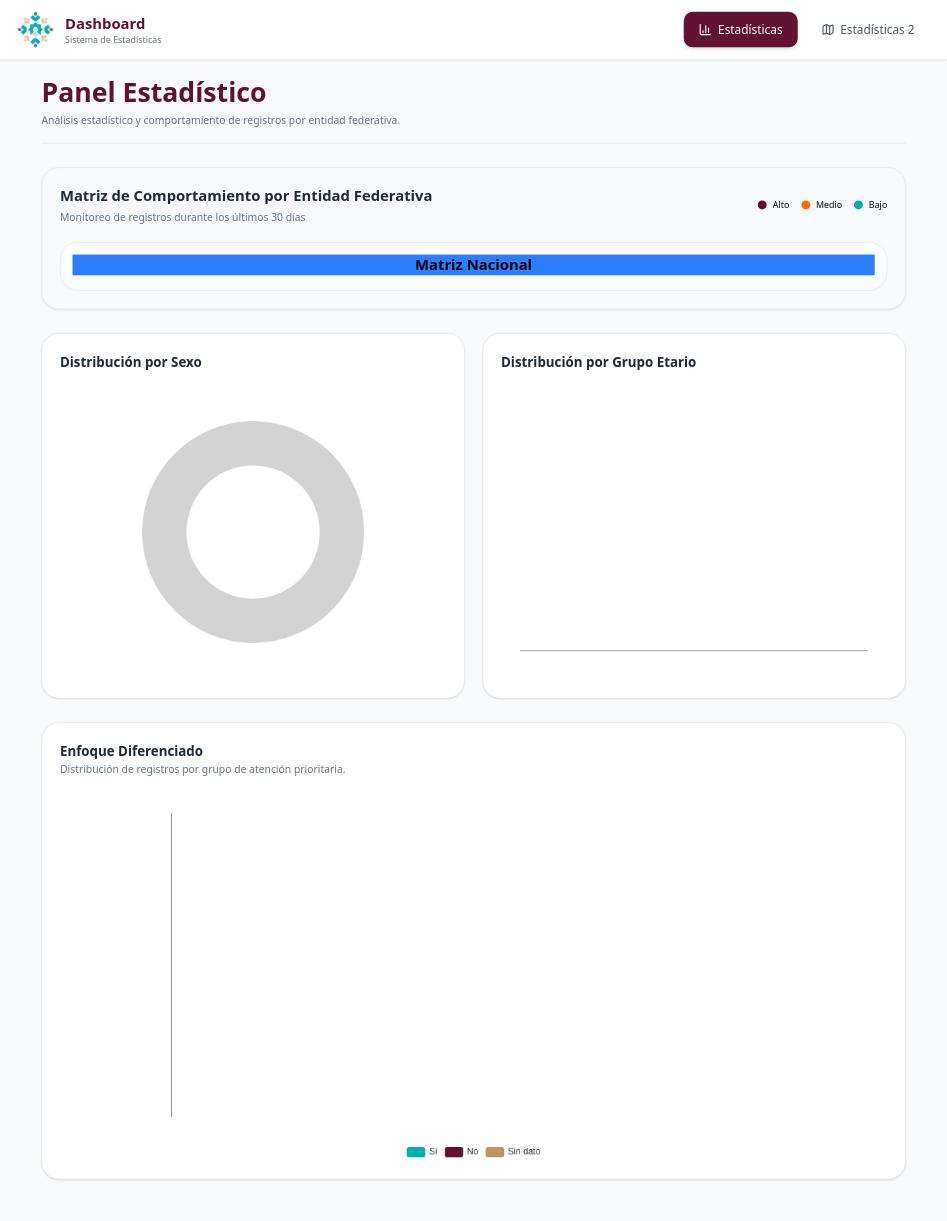
Repository: jesus890/semaforo-cinepolis
Page: /estadisticas
The author's editor kept a copy of each file at every save. The page is drawn from the files as they stood at one save, then again after the next save.
The browser window is 1280 px wide. The pictures show the whole page, at 74% of full size.
The page's requests for data from a server got no answer. The project was rebuilt for these pictures with package versions that can differ from the ones it lists, and the page was loaded fresh each time. No one was signed in, and anything a server would have sent is missing. Also part of the build but not shown: vite.config.ts, src/pages/EstadisticasDosPage.tsx.

Above is the page before, as saved 2026-06-04 13:43:31.

### index.html
<!doctype html>
<html lang="en">
  <head>
    <meta charset="UTF-8" />
    <link rel="icon" type="image/svg+xml" href="/favicon.svg" />
    <meta name="viewport" content="width=device-width, initial-scale=1.0" />
    <title>Estadistica Alertamiento | RNPNDO</title>
  </head>
  <body>
    <div id="root"></div>
    <script type="module" src="/src/main.tsx"></script>
  </body>
</html>

### src/App.tsx
import AppRouter from "./router/AppRouter";

function App() {
    return <AppRouter />;
}

export default App;

### src/router/AppRouter.tsx
import {BrowserRouter,Routes,Route,Navigate,} from "react-router-dom";

import DashboardLayout from "../layouts/DashboardLayout";
import EstadisticasPage from "../pages/EstadisticaPage";
import EstadisticasDosPage from "../pages/EstadisticasDosPage";



export default function AppRouter() {

    return (
        <BrowserRouter>
            <Routes>
                <Route path="/" element={<DashboardLayout/>}>
                    <Route index element={<Navigate to="/estadisticas"/>}/>
                    <Route path="estadisticas" element={<EstadisticasPage />}/>
                    <Route path="estadisticas-2" element={<EstadisticasDosPage />}/>
                </Route>
            </Routes>
        </BrowserRouter>
    );
}

### src/layouts/DashboardLayout.tsx
import { Outlet } from "react-router-dom";

import Header from "../components/Dashboard/navigation/Header";

export default function DashboardLayout() {

    return (
        <div className="min-h-screen bg-slate-50">
            <Header />
            <main className="p-6">
                <Outlet />
            </main>
        </div>

    );
}

### src/components/Dashboard/navigation/Header.tsx
import { NavLink } from "react-router-dom";

import { BarChart3, Map, } from "lucide-react";
import logoSystem from "../../../assets/CNB.png";

export default function Header() {

    const menu = [
        {
            label: "Estadísticas",
            icon: BarChart3,
            path: "/estadisticas",
        },
        {
            label: "Estadísticas 2",
            icon: Map,
            path: "/estadisticas-2",
        },
    ];

    return (

        <header className="sticky top-0 z-50 bg-white border-b border-gray-200 shadow-sm">

            <div className="h-20 px-6 flex items-center justify-between max-w-[1800px] mx-auto">

                {/* Logo */}
                <div className="flex items-center gap-4">

                    <img src={logoSystem} alt="Logo" className="h-12 w-auto object-contain" />

                    <div>

                        <h1 className="text-xl font-bold text-[#611232]">
                            Dashboard
                        </h1>

                        <p className="text-xs text-gray-500">
                            Sistema de Estadísticas
                        </p>

                    </div>

                </div>

                {/* Menú */}
                <nav className="flex items-center gap-3">

                    {menu.map((item) => {

                        const Icon = item.icon;

                        return (

                            <NavLink
                                key={item.path}
                                to={item.path}
                                className={({
                                    isActive,
                                }) =>
                                    `
                                    flex
                                    items-center
                                    gap-2
                                    px-5
                                    py-3
                                    rounded-xl
                                    font-medium
                                    transition-all

                                    ${isActive
                                        ? "bg-[#611232] text-white shadow-md"
                                        : "text-gray-600 hover:bg-gray-100"
                                    }
                                `
                                }
                            >

                                <Icon
                                    size={18}
                                />

                                {item.label}

                            </NavLink>
                        );
                    })}

                </nav>

            </div>

        </header>
    );
}

### src/components/Dashboard/heatmap/HeatmapTable.tsx
import { useMemo } from "react";

import type { HeatmapRow } from "../../../types/dashboard.types";

interface Props {
    rows: HeatmapRow[];
    level: "estado" | "municipio";
    onRowClick?: (estadoId: number) => void;
    onCellClick?: (
        data: {
            estadoId: number;
            municipioId: number;
            fecha: string;
        }
    ) => void;
}

export default function HeatmapTable({ rows, level, onRowClick, onCellClick, }: Props) {

    const dates = useMemo(() => {
        if (!rows.length) return [];

        return rows[0].values.map(
            value => value.day
        );
    }, [rows]);

    const getColor = (estatus: string) => {
        switch (estatus?.toLowerCase()) {
            case "rojo":
                return "bg-[#611232]";
            case "naranja":
                return "bg-orange-500";
            case "verde":
                return "bg-[#00AFAA]";
            default:
                return "bg-slate-200";
        }
    };

    return (
        <div className="overflow-auto rounded-3xl border border-slate-200 bg-gradient-to-b from-white to-slate-50 p-4">

            {
                level == "estado" ? (
                    <div className="text-center text-xl font-semibold">
                        <div className="bg-blue-500">
                            <p >Matriz Nacional</p>
                        </div>
                    </div>
                ) : (
                    <p></p>
                )
            }

            <table className="border-separate min-w-max">

                <thead>
                    <tr>
                        <th className="sticky left-0 z-20 min-w-[240px]"></th>

                        {dates.map(date => (

                            <th
                                key={date}
                                className="h-28 min-w-[42px] align-bottom"
                            >

                                <div className="-rotate-45 origin-bottom-left whitespace-nowrap text-[10px] font-medium text-slate-500">
                                    {date}
                                </div>

                            </th>

                        ))}

                    </tr>

                </thead>

                <tbody className="divide-y divide-slate-100">

                    {rows.map(row => (

                        <tr key={row.id} className="border-b border-slate-100">

                            <td className="sticky left-0 z-10 bg-white pr-4">

                                <button
                                    onClick={() => onRowClick?.(row.estadoId)}
                                    className="group flex tems-center gap-3 text-left transition-all cursor-pointer"
                                >
                                    <div className="h-2.5 w-2.5 rounded-full bg-[#000]" />
                                    <span className="text-sm font-semibold text-slate-700 group-hover:text-[#611232]">
                                        {row.name}
                                    </span>

                                </button>

                            </td>

                            {row.values.map(
                                value => (

                                    <td
                                        key={value.day}
                                    >

                                        <button
                                            onClick={() =>
                                                onCellClick?.({ estadoId: value.estadoId, municipioId: value.municipioId, fecha: value.day })
                                            }
                                            title={`${value.total} registros`}
                                            className={`
                                                flex
                                                h-8
                                                w-8
                                                items-center
                                                justify-center
                                                rounded-xl
                                                text-[11px]
                                                font-semibold
                                                text-white
                                                transition-all
                                                duration-200
                                                hover:scale-110
                                                hover:shadow-xl
                                                hover:ring-2
                                                hover:ring-offset-2
                                                hover:ring-[#611232]
                                                cursor-pointer
                                                ${getColor(value.estatus)}
                                            `}
                                        >
                                            {value.total > 0
                                                ? value.total
                                                : ""}
                                        </button>

                                    </td>

                                )
                            )}

                        </tr>

                    ))}

                </tbody>

            </table>

        </div>
    )

}

### src/components/Dashboard/charts/SexoChart.tsx
import ReactECharts from "echarts-for-react";
import { Colors } from "../../../constants/colors";

interface SexoItem {
    categoria: string;
    total: number;
}

interface Props {
    sexo?: SexoItem[];
}

export default function SexoChart({ sexo = [] }: Props) {

    const getColor = (categoria: string) => {

        switch (categoria.toUpperCase()) {

            case "HOMBRE":
                return Colors.rojito;

            case "MUJER":
                return Colors.verdecito;

            default:
                return Colors.oro;
        }
    };

    const data = sexo.map(item => ({
        value: item.total,
        name:
            item.categoria.charAt(0) +
            item.categoria.slice(1).toLowerCase(),

        itemStyle: {
            color: getColor(item.categoria),
        },
    }));

    const option = {
        tooltip: {
            trigger: "item",
        },

        legend: {
            bottom: 0,
        },

        series: [
            {
                type: "pie",
                radius: ["45%", "75%"],

                label: {
                    formatter: "{b}\n{c}",
                },

                data,
            },
        ],
    };

    return (
        <ReactECharts
            option={option}
            style={{
                height: "400px",
            }}
        />
    );
}

### src/services/dashboard.service.ts
import { apiRequest } from "../lib/api";
import { axiosInstance } from "../lib/axios";

export const GetEntidadesByAlertaTable = () =>
    apiRequest<any>(
        axiosInstance.get(`/api/Alertas`)
    );

export const GetEntidadesByAlertaTableEstado = (idEstado: any) =>
    apiRequest<any>(
        axiosInstance.get(`/api/Alertas/alertas-entidad`, {
            params: {
                idEstado,
            },
        })
    );

export const GetTotalesIncremento = (estado_id: any, municipio_id: any) =>
    apiRequest<any>(
        axiosInstance.get(`/api/Alertas/incremento-desaparecidos`)
    );

### src/components/Dashboard/charts/EdadChart.tsx
import ReactECharts from "echarts-for-react";
import { Colors } from "../../../constants/colors";

interface GrupoEtarioItem {
  categoria: string;
  total: number;
}

interface Props {
  grupoEtario?: GrupoEtarioItem[];
}

export default function EdadChart({
  grupoEtario = [],
}: Props) {

  const getColor = (
    categoria: string
  ) => {

    switch (
    categoria.toUpperCase()
    ) {

      case "MENOR DE EDAD":
        return Colors.verdecito;

      case "MAYOR DE EDAD":
        return Colors.rojito;

      case "ADULTO MAYOR":
        return Colors.oro;

      default:
        return "#4F46E5";
    }
  };

  const categories =
    grupoEtario.map(
      item => item.categoria
    );

  const data =
    grupoEtario.map(
      item => ({
        value: item.total,

        itemStyle: {
          color: getColor(
            item.categoria
          ),
        },
      })
    );

  const option = {
    tooltip: {
      trigger: "axis",
    },

    grid: {
      left: "5%",
      right: "5%",
      bottom: "10%",
      containLabel: true,
    },

    xAxis: {
      type: "category",

      data: categories,

      axisLabel: {
        interval: 0,
        rotate: 0,
      },
    },

    yAxis: {
      type: "value",
    },

    series: [
      {
        type: "bar",

        barWidth: 70,

        borderRadius: [
          8,
          8,
          0,
          0,
        ],

        data,
      },
    ],
  };

  return (
    <ReactECharts
      option={option}
      style={{
        height: "400px",
      }}
    />
  );
}

### src/components/Dashboard/charts/EnfoqueChart.tsx
import ReactECharts from "echarts-for-react";
import { Colors } from "../../../constants/colors";

interface EnfoqueDetalle {
  categoria: string;
  total: number;
}

interface EnfoqueItem {
  grupo: string;
  detalle: EnfoqueDetalle[];
}

interface Props {
  enfoqueDiferenciado?: EnfoqueItem[];
}

export default function EnfoqueChart({
  enfoqueDiferenciado = [],
}: Props) {

  const normalize = (
    value: string
  ) => {

    const v =
      value
        ?.trim()
        .toUpperCase();

    if (v === "SI")
      return "SI";

    if (v === "NO")
      return "NO";

    return "SIN DATO";
  };

  const groups =
    enfoqueDiferenciado.map(
      item => {

        switch (
        item.grupo
        ) {

          case "TIENEDISCAPACIDAD":
            return "Discapacidad";

          case "HABLAESPANIOL":
            return "Habla Español";

          case "LENGUA":
            return "Lengua";

          case "ESMIGRANTE":
            return "Migrante";

          default:
            return item.grupo;
        }
      }
    );

  const siData =
    enfoqueDiferenciado.map(
      grupo =>
        grupo.detalle
          .filter(
            x =>
              normalize(
                x.categoria
              ) === "SI"
          )
          .reduce(
            (
              acc,
              item
            ) =>
              acc +
              item.total,
            0
          )
    );

  const noData =
    enfoqueDiferenciado.map(
      grupo =>
        grupo.detalle
          .filter(
            x =>
              normalize(
                x.categoria
              ) === "NO"
          )
          .reduce(
            (
              acc,
              item
            ) =>
              acc +
              item.total,
            0
          )
    );

  const sinDatoData =
    enfoqueDiferenciado.map(
      grupo =>
        grupo.detalle
          .filter(
            x =>
              normalize(
                x.categoria
              ) ===
              "SIN DATO"
          )
          .reduce(
            (
              acc,
              item
            ) =>
              acc +
              item.total,
            0
          )
    );

  const option = {

    tooltip: {
      trigger: "axis",
      axisPointer: {
        type: "shadow",
      },
    },

    legend: {
      bottom: 0,
    },

    grid: {
      left: 150,
      right: 30,
      top: 30,
      bottom: 60,
    },

    xAxis: {
      type: "value",
    },

    yAxis: {
      type: "category",
      data: groups,
    },

    series: [
      {
        name: "Sí",
        type: "bar",
        stack: "total",

        label: {
          show: true,
        },

        itemStyle: {
          color:
            Colors.verdecito,
        },

        data: siData,
      },

      {
        name: "No",
        type: "bar",
        stack: "total",

        label: {
          show: true,
        },

        itemStyle: {
          color:
            Colors.rojito,
        },

        data: noData,
      },

      {
        name: "Sin dato",
        type: "bar",
        stack: "total",

        label: {
          show: true,
        },

        itemStyle: {
          color:
            Colors.oro,
        },

        data: sinDatoData,
      },
    ],
  };

  return (
    <ReactECharts
      option={option}
      style={{
        height: "500px",
      }}
    />
  );
}

### src/components/Dashboard/Loader/Loader.tsx
import imageCNB from "../../../assets/CNB.png";

interface LoaderProps {
    text?: string;
}

export default function LoaderStyled({text = "Cargando información..."}: LoaderProps) {
    return (
        <div
            className="w-full h-full min-h-[320px] flex flex-col justify-center items-center gap-6 px-6 py-10"
        >
            <div className="relative flex items-center justify-center">
                <div
                    className="absolute w-32 h-32 rounded-full bg-[#00AFAA]/20 blur-3xl animate-pulse"
                />

                <div
                    className="absolute w-28 h-28 rounded-full border-[5px] border-[#00AFAA]/20 border-t-[#00AFAA] animate-spin"
                />

                <div
                    className="relative w-20 h-20 rounded-full overflow-hidden bg-white shadow-2xl border-4 border-white animate-pulse"
                >
                    <img
                        src={imageCNB}
                        alt="Loader"
                        className="object-cover"
                    />
                </div>
            </div>

            <div className="text-center space-y-2">
                <h3
                    className="text-lg sm:text-xl font-black text-[#4A0015] tracking-wide"
                >
                    {text}
                </h3>

                <p
                    className="text-sm text-slate-500 max-w-md leading-relaxed"
                >
                    Espere un momento mientras se procesa y
                    visualiza la información solicitada.
                </p>
            </div>
        </div>
    );
}

### src/constants/colors.ts
export const Colors = {
    rojito: "#611232",
    verdecito: "#00AFAA",
    oro: "#BC955B",
    grisito: "#E8E8E8",
    grisote: "#D2D3D3",
    text: "#5A5A5A",
};

### src/lib/api.ts
import axios from "axios";

export async function apiRequest<T>(
  promise: Promise<{ data: T }>
): Promise<T> {
  try {
    const { data } = await promise;
    return data;
  } catch (error) {
    if (axios.isAxiosError(error)) {
      const response = error.response;

      const message =
        response?.data?.message ||
        response?.data?.error ||
        response?.data?.msg ||
        "Error en la petición";

      throw new Error(message);
    }

    throw new Error("Error inesperado");
  }
}

### src/lib/axios.ts
import axios from "axios";

export const axiosInstance = axios.create({
  baseURL: import.meta.env.VITE_API_URL,
});

Loaded but not shown: src/main.tsx (common file); src/index.css (common file); src/pages/EstadisticaPage.tsx (216 lines, source omitted)

After the next save:
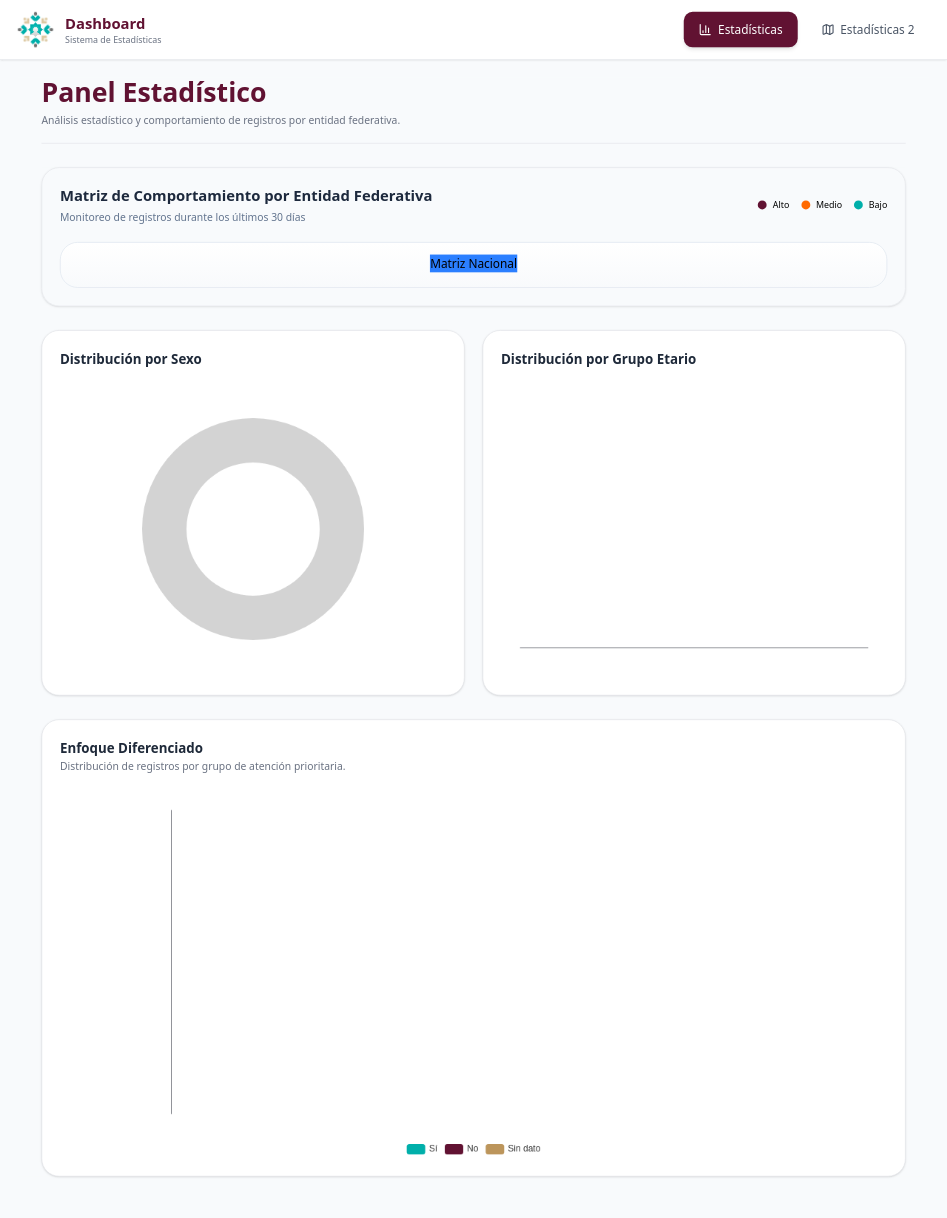
Saved 12 s later.
--- a/src/components/Dashboard/heatmap/HeatmapTable.tsx
+++ b/src/components/Dashboard/heatmap/HeatmapTable.tsx
@@ -43,7 +43,7 @@ export default function HeatmapTable({ rows, level, onRowClick, onCellClick, }:
 
             {
                 level == "estado" ? (
-                    <div className="text-center text-xl font-semibold">
+                    <div className="flex justify-center">
                         <div className="bg-blue-500">
                             <p >Matriz Nacional</p>
                         </div>
